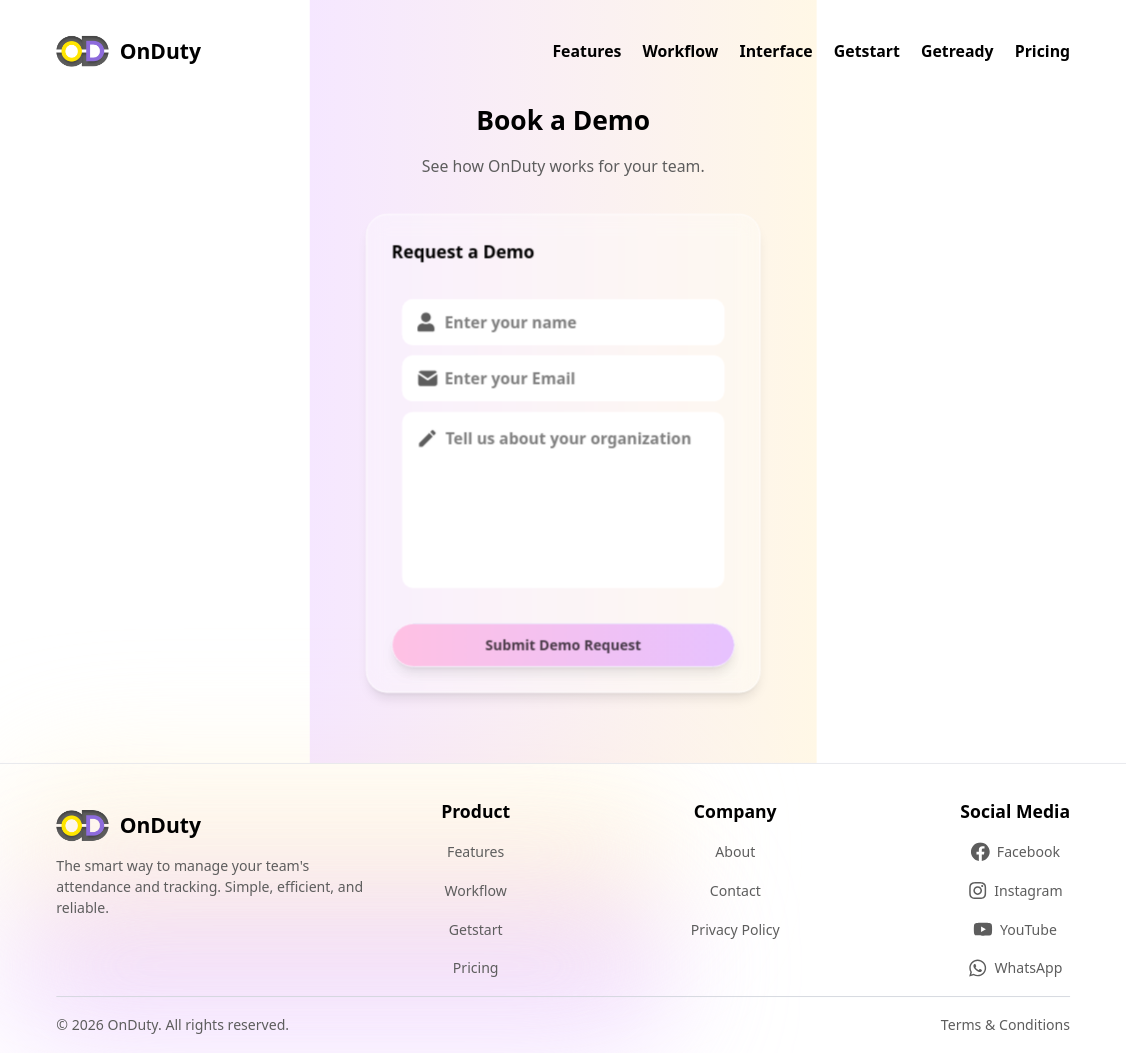
Repository: shekharzorin/ONDUTY-V1
Page: /bookdemo
These files come from the project's save history. The page is drawn as it stood at one moment and after the next save; the edit follows.
The browser window is 1280 px wide. The pictures show the whole page, at 88% of full size.
The project was rebuilt for these pictures with package versions that can differ from the ones it lists, and the page was loaded fresh each time. The framework's server and built-in components were replaced by stand-ins that run in the browser. Also part of the build but not shown: next.config.mjs, vite.config.js, app/components/ui/Crossicon.tsx.

Above is the page before, as saved 2026-01-17 16:57:35.

After the next save:
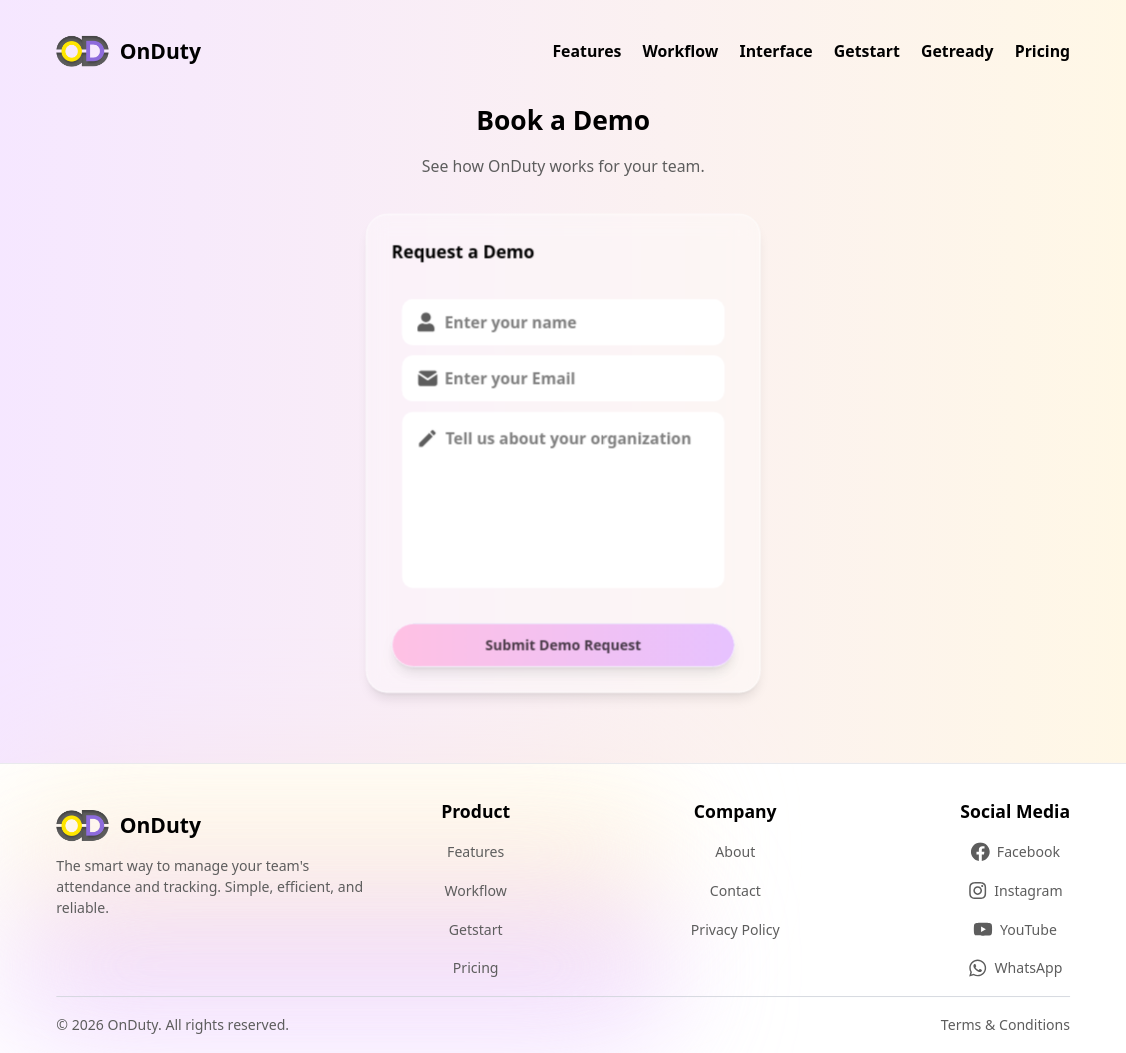
Saved 5 min 16 s later.
--- a/app/components/sections/bookdemo.tsx
+++ b/app/components/sections/bookdemo.tsx
@@ -21,7 +21,7 @@ const Bookdemo = () => {
   };
 
   return (
-    <section className="flex flex-col gap-10 pb-20 px-4 sm:px-6 md:px-8 lg:px-12 xl:px-16 2xl:px-24 max-w-384 mx-auto items-center justify-center bg-linear-to-r from-[#eccfff]/50 to-[#fff0cd]/50 min-h-screen">
+    <section className="flex flex-col gap-10 pb-20 px-4 sm:px-6 md:px-8 lg:px-12 xl:px-16 2xl:px-24 max-w-384 mx-auto items-center justify-center bg-linear-to-r from-[#eccfff]/50 to-[#fff0cd]/50 min-h-screen w-full">
       <div className="flex flex-col items-center justify-center mt-30 text-center gap-5">
         <p className="text-2xl lg:text-3xl font-bold leading-[1.15] lg:text-balance justify-center items-center">
           Book a Demo
